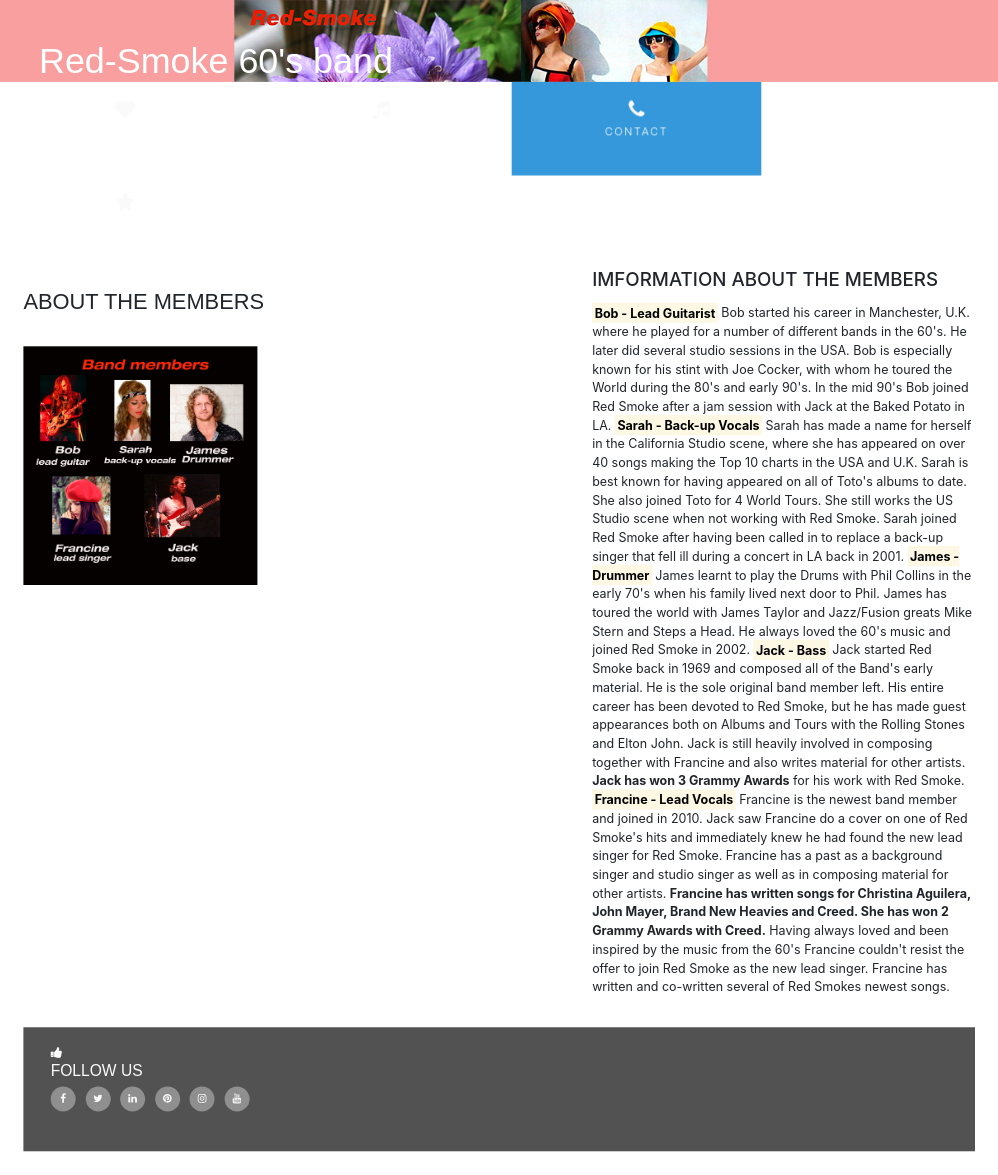
Repository: eazeldon/first-website-project
Page: pictures.html
The author's editor kept a record of every edit. The page is drawn from the files as they stood at one moment, then again after the next edit.
The browser window is 1280 px wide. The pictures show the whole page, at 78% of full size.

Above is the page before.

After the next edit:
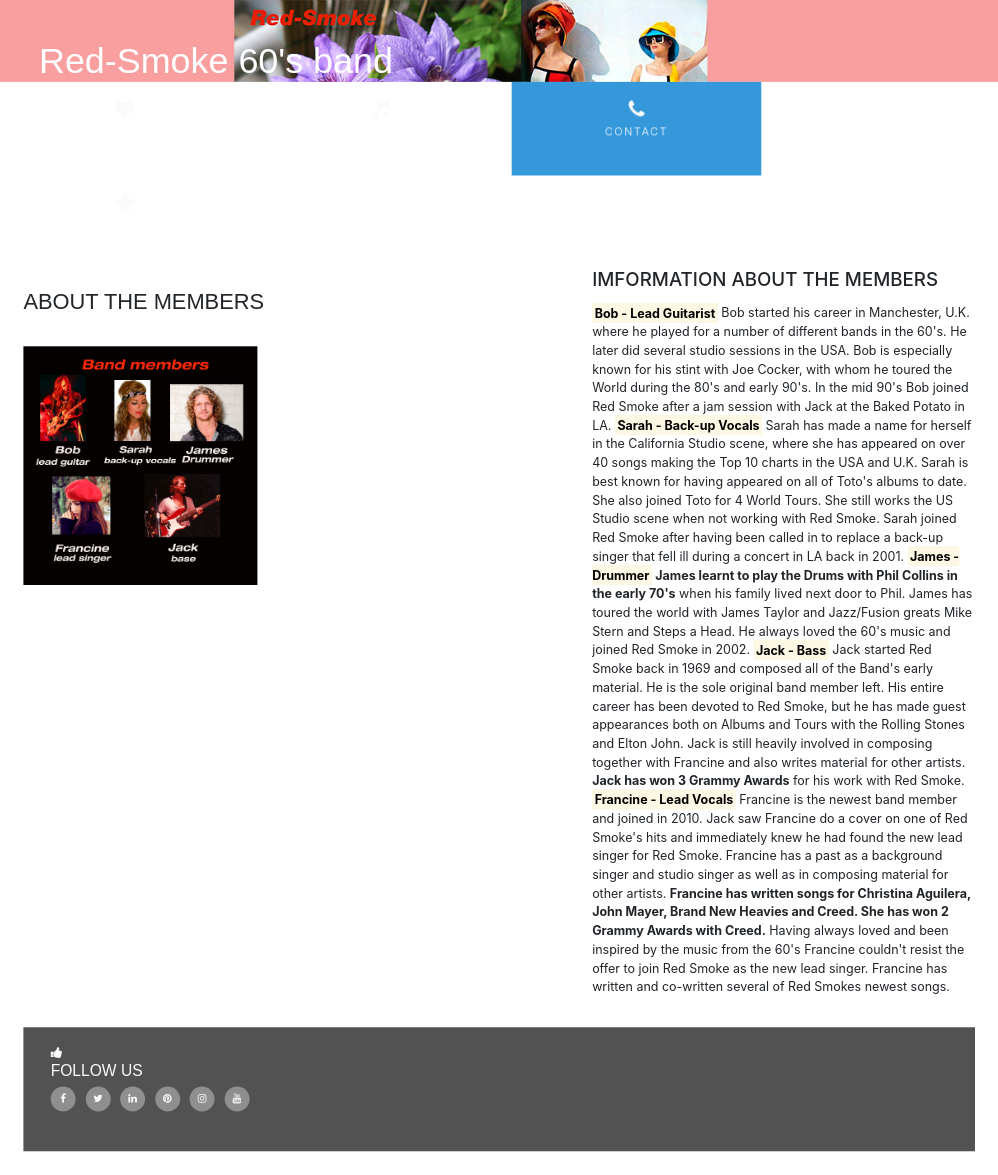
The edit:
--- a/pictures.html
+++ b/pictures.html
@@ -102,7 +102,7 @@
 
                                      <strong><mark>James - Drummer</mark></strong>
 
-                                    James learnt to play the Drums with Phil Collins in the early 70's when his family lived next door to Phil.
+                                    <strong>James learnt to play the Drums with Phil Collins in the early 70's</strong> when his family lived next door to Phil.
                                     James has toured the world with James Taylor and Jazz/Fusion greats Mike Stern and Steps a Head.
                                     He always loved the 60's music and joined Red Smoke in 2002.
 
